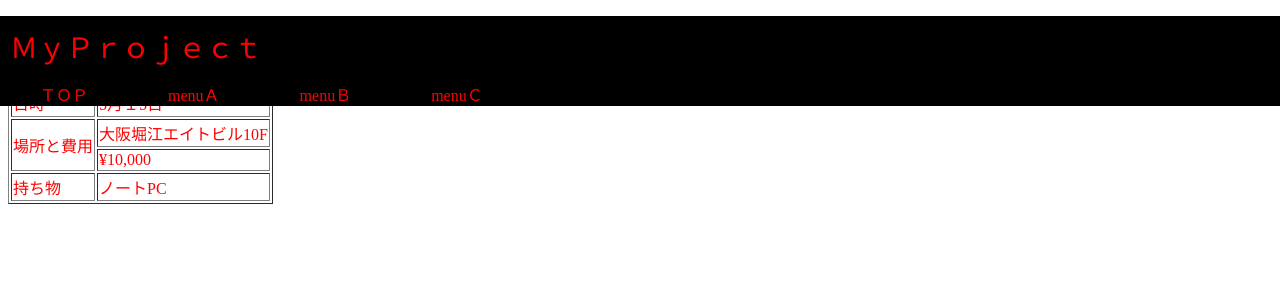
Repository: user10112018/test
Page: http://localhost/MyProject/
An editor plug-in stored every save of this project. The page is shown before and after the next save, followed by the edit.
The browser window is 1280 px wide. The pictures show the whole page.
The page is served by Tomcat 9.

Above is the page before, as saved 2018-11-14 02:04:56.

After the next save:
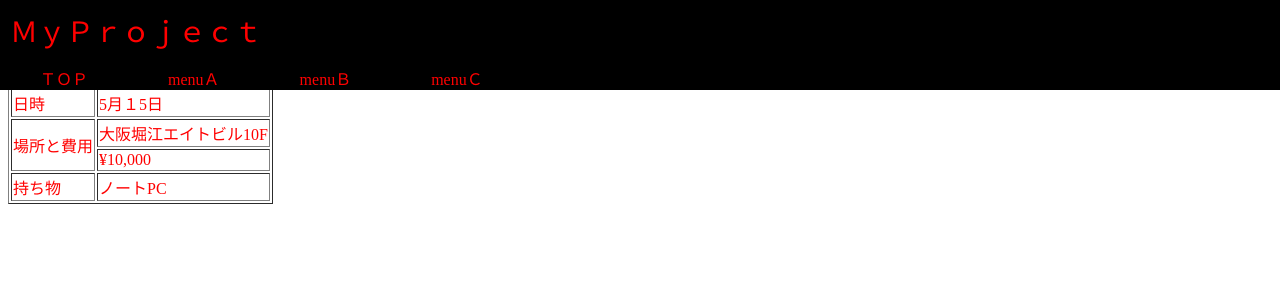
Saved 53 s later.
--- a/MyProject/WebContent/css/style01.css
+++ b/MyProject/WebContent/css/style01.css
@@ -8,6 +8,7 @@ body {
 header{
 	position: absolute;
 	left: 0px;
+	top: 0px;
 	background-color: black;
 	width: 100%;
 }
